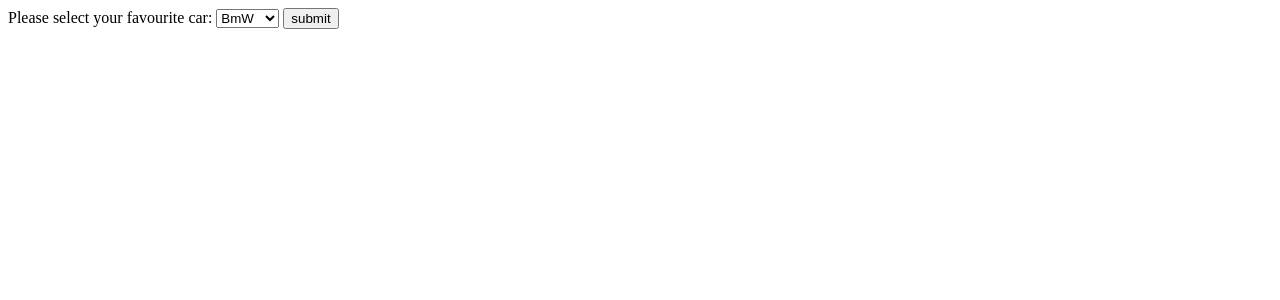
Repository: swapnillimgude1602/Brainvire
Page: brainvire-workspace/eclipse-workspace-jsp/jsp_Cookies/src/main/webapp/cookies-html-form.html
These files come from the project's save history. The page is drawn as it stood at one moment and after the next save; the edit follows.
The browser window is 1280 px wide. The pictures show the whole page.

Above is the page before, as saved 2023-09-20 10:46:20.

After the next save:
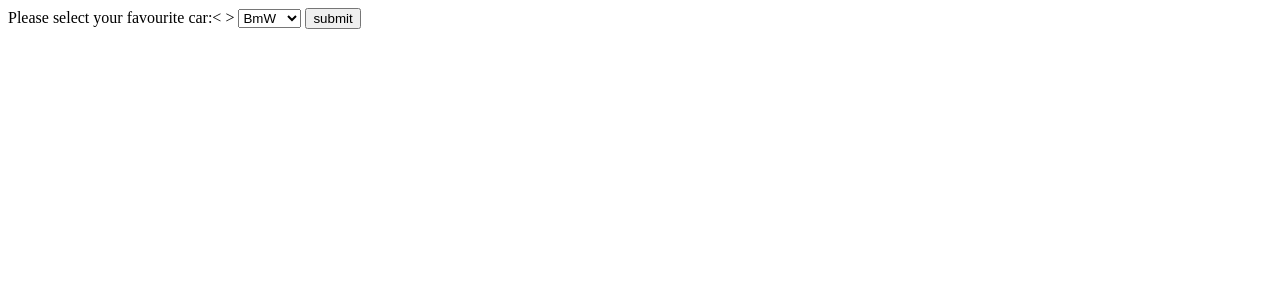
Saved 2 min 47 s later.
--- a/brainvire-workspace/eclipse-workspace-jsp/jsp_Cookies/src/main/webapp/cookies-html-form.html
+++ b/brainvire-workspace/eclipse-workspace-jsp/jsp_Cookies/src/main/webapp/cookies-html-form.html
@@ -6,7 +6,7 @@
 </head>
 <body>
 <form
-<h2>Please select your favourite car:</h2>
+<h2>Please select your favourite car:</h2><&nbsp>
 <select name="Favourite car">
 	<option>BmW</option>
 	<option>Audi</option>
